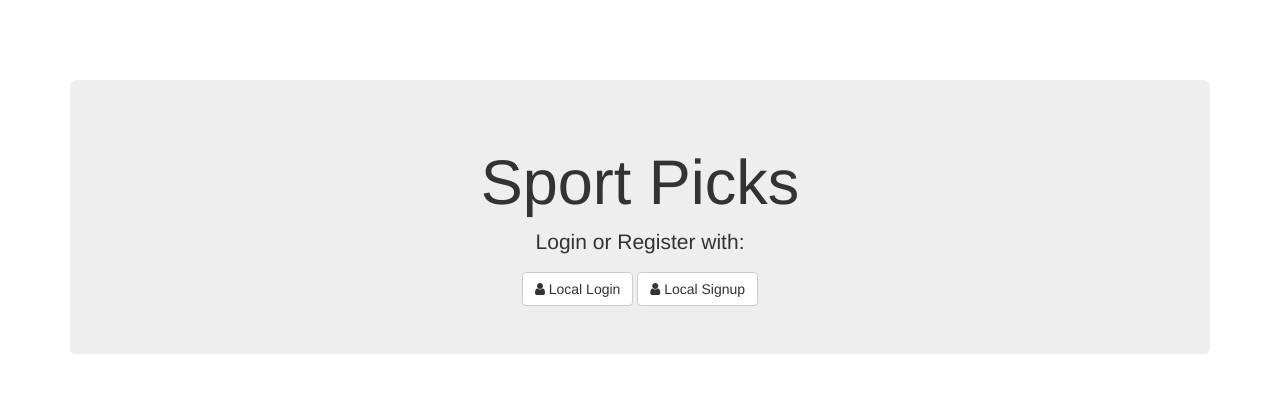
Repository: leslieb256/sportpicks
Page: http://localhost/
The author's editor kept a record of every edit. The page is drawn from the files as they stood at one moment, then again after the next edit.
The browser window is 1280 px wide. The pictures show the whole page.
Some web libraries are served in a nearby version. The page is served by the project's Node server (server.js). Other server files are loaded and not shown.

Above is the page before.

### views/index.ejs
<!-- views/index.ejs -->
<!doctype html>
<html>
<head>
	<title>Node Authentication</title>
	<link rel="stylesheet" href="//netdna.bootstrapcdn.com/bootstrap/3.0.2/css/bootstrap.min.css"> <!-- load bootstrap css -->
	<link rel="stylesheet" href="//netdna.bootstrapcdn.com/font-awesome/4.0.3/css/font-awesome.min.css"> <!-- load fontawesome -->
	<style>
		body 		{ padding-top:80px; }
	</style>
</head>
<body>
<div class="container">

	<div class="jumbotron text-center">
		<h1>Sport Picks</h1>

		<p>Login or Register with:</p>

		<a href="/login" class="btn btn-default"><span class="fa fa-user"></span> Local Login</a>
		<a href="/signup" class="btn btn-default"><span class="fa fa-user"></span> Local Signup</a>
	</div>

</div>
</body>
</html>

### server.js
// server.js

// set up ======================================================================
// get all the tools we need
var express  = require('express');
var app      = express();
var port     = process.env.PORT || 8080;
var mongoose = require('mongoose');
var passport = require('passport');
var flash 	 = require('connect-flash');

var morgan       = require('morgan');
var cookieParser = require('cookie-parser');
var bodyParser   = require('body-parser');
var session      = require('express-session');

var configDB = require('./config/database.js');
console.log('DATABASE_CONNECTSTRING:%s',configDB.url);
var configSession = require('./config/session.js');

// configuration ===============================================================
mongoose.connect(configDB.url); // connect to our database

require('./config/passport')(passport); // pass passport for configuration

// set up our express application
app.use(morgan('dev')); // log every request to the console
app.use(cookieParser()); // read cookies (needed for auth)
app.use(bodyParser.json()); // get information from json
app.use(bodyParser.urlencoded({extended: true})); // get information from html forms

// use the static folder to serve files from
app.use(express.static(__dirname + '/static'));

app.set('view engine', 'ejs'); // set up ejs for templating

// required for passport
app.use(session({secret: configSession.secret,
                 saveUninitialized: true,
                 resave: true}
));
app.use(passport.initialize());
app.use(passport.session()); // persistent login sessions
app.use(flash()); // use connect-flash for flash messages stored in session

// routes ======================================================================
require('./app/routes.js')(app, passport); // load our routes and pass in our app and fully configured passport

// launch ======================================================================
app.listen(port);
console.log('The magic happens on port ' + port);

### app/routes.js
// app/routes.js
module.exports = function(app, passport) {

	// =====================================
	// HOME PAGE (with login links) ========
	// =====================================
	app.get('/', function(req, res) {
		res.render('index.ejs'); // load the index.ejs file
	});

	// =====================================
	// LOGIN ===============================
	// =====================================
	// show the login form
	app.get('/login', function(req, res) {

		// render the page and pass in any flash data if it exists
		res.render('login.ejs', { message: req.flash('loginMessage') });
	});

	// process the login form
    // process the login form
	app.post('/login', passport.authenticate('local-login', {
		successRedirect : '/competitions', // redirect to the compeitions list
		failureRedirect : '/login', // redirect back to the signup page if there is an error
		failureFlash : true // allow flash messages
	}));


	// =====================================
	// SIGNUP ==============================
	// =====================================
	// show the signup form
	app.get('/signup', function(req, res) {

		// render the page and pass in any flash data if it exists
		res.render('signup.ejs', { message: req.flash('signupMessage') });
	});

	// process the signup form
    // process the signup form
	app.post('/signup', passport.authenticate('local-signup', {
		successRedirect : '/profile', // redirect to the secure profile section
		failureRedirect : '/signup', // redirect back to the signup page if there is an error
		failureFlash : true // allow flash messages
	}));

	// =====================================
	// PROFILE SECTION =====================
	// =====================================
	// we will want this protected so you have to be logged in to visit
	// we will use route middleware to verify this (the isLoggedIn function)
	app.get('/profile', isLoggedIn, function(req, res) {
		//console.log('%s',req.user);
		res.render('profile.ejs', {
			user : req.user // get the user out of session and pass to template
		});
	});

	// =====================================
	// LOGOUT ==============================
	// =====================================
	app.get('/logout', function(req, res) {
		req.logout();
		res.redirect('/');
	});

	// =====================================
	// COMPETITIONS ========================
	// =====================================
	// shows the competitions the user is registered with
	app.get('/competitions', isLoggedIn, function(req, res) {
		var Competition = require('../app/models/competition');
		Competition.userCompetitions(req.user.id, function (err,comps){
		if (err) {console.log('ERR: compeitions page on comps')}
			else{
				Competition.userRanking(req.user.id, function(err, rank){
					if (err) {console.log('ERR: compeitions page on rank')}
					else {
						//console.log(rank);
						//console.log(createCompetitionLookup(rank));
						res.render('competitions.ejs', {
							user : req.user, // get the user out of session and pass to template
							competitions: comps,
							rankings: createCompetitionLookup(rank)
							});
					}
				});
			}
		});
	});

	// =====================================
	// ROUNDS ========================
	// =====================================
	// Gets the round details for the competition
	app.get('/rounds', isLoggedIn, function(req, res) {
		var Competition = require('../app/models/competition');
		var Round = require('../app/models/round');
		var Point = require('../app/models/point');
		Competition.findById(req.param('competition'), function (err,comp){
		if (err) {console.log('ERR: rounds page on comps')}
			else{
				Round.userRanking(req.user.id, function(err, rank){
					if (err) {console.log('ERR: round page on rank')}
					else {
						Round.find({event:comp.event}).sort('roundPosition').exec(function(err,rounds){
							if (err){console.log('ERR: round page on rounds')}
							else {
								Point.find({event:comp.event}).sort('ranking').exec(function(err,rank){
									if (err){console.log('ERR: round page on rank')}
									else{
										//console.log(rank);
										//console.log(createCompetitionLookup(rank));
										res.render('rounds.ejs', {
											user : req.user, // get the user out of session and pass to template
											rounds: rounds,
											competition: comp,
											rankings: createRoundLookup(rank)
										});
									}
								});


							}
						});

					}
				});
			}
		});
	});

	// =====================================
	// FIXTURES ========================
	// =====================================
	// Gets the round details for the competition
	app.get('/fixtures', isLoggedIn, function(req, res) {
		var Fixture = require('../app/models/fixture');
		var soccerPickFixture =require('../app/models/soccerPickFixture');
		var Team = require('../app/models/team'); //needed for the populate for fixtures.

		Fixture.find({round:req.param('round')}).populate('homeTeam awayTeam').sort('date').exec(function (err,fixtures){
		if (err) {console.log('ERR: fixtures page on fixtures')}
			else{
				soccerPickFixture.find({competition:req.param('competition'), round:req.param('round'), user:req.user.id}).exec(function(err,picks){

					res.render('fixtures.ejs', {
						user : req.user, // get the user out of session and pass to template
						fixtures: fixtures,
						picks: createFixtureLookup(picks),
						competition: req.param('competition'),
						successMsg: req.flash('successMsg'),
						dangerMsg: req.flash('dangerMsg'),
					});
				});
			}
		});
	});

	app.get('/fixturePick', isLoggedIn, function(req, res) {
		var Fixture = require('../app/models/fixture');
		var soccerPickFixture =require('../app/models/soccerPickFixture');
		var Team = require('../app/models/team'); //needed for the populate for fixtures.
		var Round =require('../app/models/round');
		Fixture.findById(req.param('fixture')).exec(function (err,fixture){
		if (err) {console.log('ERR: fixturePick page on fixtures')}
			else{
				//console.log('FIXTURE:%s',fixture);
				Team.find({}).exec(function (err,teams){
				if (err) {console.log('ERR: fixtures page on teams')}
					else{
						Team.findOne({name:'Draw'}).exec(function (err,draw){
							if (err) {console.log('ERR: fixtures page on fixtures')}
							else{
								soccerPickFixture.findOne({competition:req.param('competition'), fixture:req.param('fixture'), user:req.user.id}).exec(function(err,pick){
									if (err) {console.log('ERR: fixtures page on picks')}
									else {
										Round.findById(fixture.round, function (err,round){
											if (err) {console.log('ERR: fixtures page on picks')}
											else {
												res.render('fixturePick.ejs', {
													user : req.user, // get the user out of session and pass to template
													fixture: fixture,
													pick: pick,
													teams: createIdLookup(teams),
													draw: draw,
													round: round,
													competition: req.param('competition'),
												});
											}
										});
									}
								});
							}
						});
					}
				});
			}
		});

	});

	app.post('/submitPick', isLoggedIn, function(req, res) {
		var soccerPickFixture =require('../app/models/soccerPickFixture');
		console.log(req.body)

		// CANR USE PICK ID HERE MUST USE COMP< USER AND FIXTURE TO CREATE IT AS
		//THERE MAY NOT BE A PICK MADE YET!

        soccerPickFixture.update({
            user: req.user.id,
        	fixture: req.body.fixtureId,
            round: req.body.roundId,
            competition: req.body.competitionId},
            {$set: {winner:req.body.winner, homeScore: req.body.homeScore, awayScore:req.body.awayScore}},
            {upsert: true},
            function(err){
                if (err) {console.log("ERROR:"+err.toString());req.flash('dangerMsg','Pick not saved');}
                else {req.flash('successMsg', 'Pick recorded');}
				res.redirect('fixtures?competition='+req.body.competitionId+'&round='+req.body.roundId);
            }
        );



		soccerPickFixture.findByIdAndUpdate(req.body.pickId, {round: req.body.roundId,
			competition:req.body.competitionId, fixture:req.body.fixtureId,
			winner:req.body.winner, homeScore: req.body.homeScore, awayScore:req.body.awayScore},
			{upsert: true}).exec(function(err,updated){
				if (err) {console.log(err)}
				else{
				}
			});
	});



};

// route middleware to make sure a user is logged in
function isLoggedIn(req, res, next) {

	// if user is authenticated in the session, carry on
	if (req.isAuthenticated())
		return next();

	// if they aren't redirect them to the home page
	res.redirect('/');
}

function createCompetitionLookup(queryData){
	var lookup = {};
	//console.log('DataLength:%s',queryData.length);
	//console.log('ALL RANK DATA:\n%s',queryData);
	//console.log('QUERYDATA:0\n%s',queryData[0]);
	//console.log('QUERYDATA:0\n%s',queryData[1]);
	for (var i = 0; i<queryData.length; i++){
		//console.log('QUERYDATA %s',i);
		//console.log(queryData[i]);
		//console.log(queryData[i]);
		lookup[queryData[i].competition] = queryData[i];
	}
	return lookup;
}

function createRoundLookup(queryData){
	//console.log('ALL RANK DATA:\n%s',queryData);
	var lookup = {};
	for (var i = 0; i<queryData.length; i++){
		lookup[queryData[i].round] = queryData[i];
	}
	return lookup;
}

function createFixtureLookup(queryData){
	//console.log('ALL RANK DATA:\n%s',queryData);
	var lookup = {};
	for (var i = 0; i<queryData.length; i++){
		lookup[queryData[i].fixture] = queryData[i];
	}
	return lookup;
}

function createIdLookup(queryData){
	//console.log('ALL RANK DATA:\n%s',queryData);
	var lookup = {};
	for (var i = 0; i<queryData.length; i++){
		lookup[queryData[i].id] = queryData[i];
	}
	return lookup;
}

function localiseTime(utcTime,localTimezone){
    var moment = require('moment-timezone');
    var origTime =moment.tz(utcTime,"UTC");
    var localTime = origTime.clone().tz(localTimezone);
    return localTime;
}

function localiseCloseDate(data,localTimezone){
	//relies on the data having a "closeDate"
	//uses moment-timezone timezone descriptions.
	//converts dates in closeDate to users set local time.
	data.closeDate = localiseTime(data.closeDate,localTimezone);
	return data;
}


function localiseCloseDates(data,localTimezone){
	//relies on the data having a "closeDate"
	//uses moment-timezone timezone descriptions.
	//converts dates in closeDate to users set local time.
	data.forEach(function (item){
		item.closeDateLocalTime == localiseTime(item.closeDate,localTimezone);
	});
	return data;
}

After the next edit:
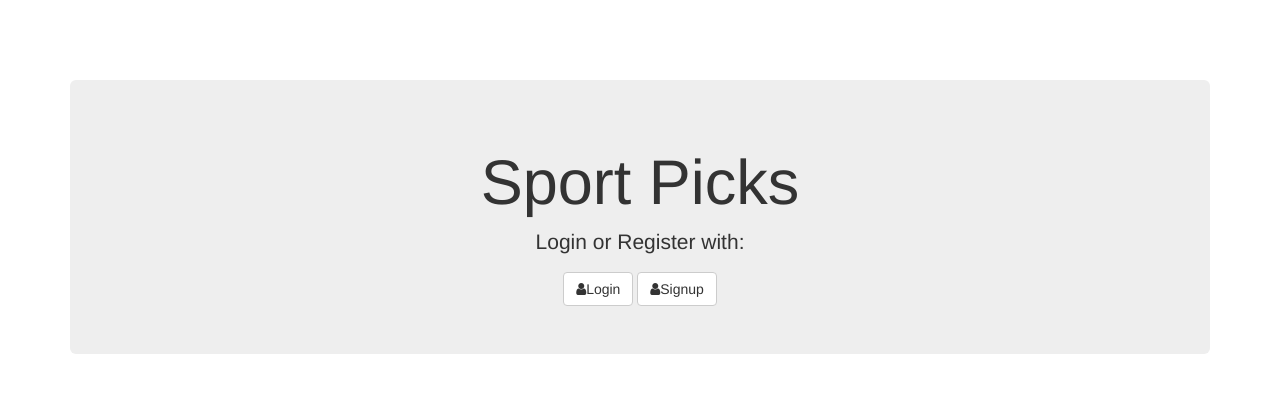
The edit:
--- a/views/index.ejs
+++ b/views/index.ejs
@@ -17,8 +17,8 @@
 
 		<p>Login or Register with:</p>
 
-		<a href="/login" class="btn btn-default"><span class="fa fa-user"></span> Local Login</a>
-		<a href="/signup" class="btn btn-default"><span class="fa fa-user"></span> Local Signup</a>
+		<a href="/login" class="btn btn-default"><span class="fa fa-user"></span>Login</a>
+		<a href="/signup" class="btn btn-default"><span class="fa fa-user"></span>Signup</a>
 	</div>
 
 </div>
